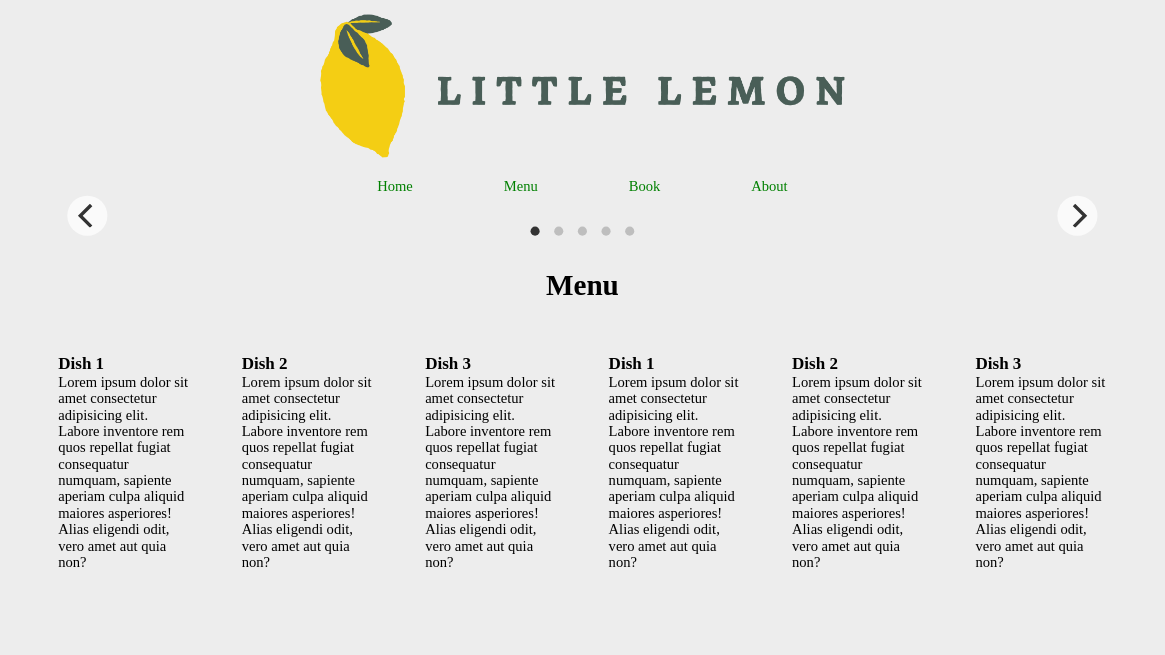
Repository: klone007/littleLemon
Page: index.html
These files come from the project's save history. The page is drawn as it stood at one moment and after a run of saves; the edit follows.
The browser window is 1280 px wide. The pictures show the whole page, at 91% of full size.

Above is the page before, as saved 2022-11-16 22:32:40.

After the next 2 saves:
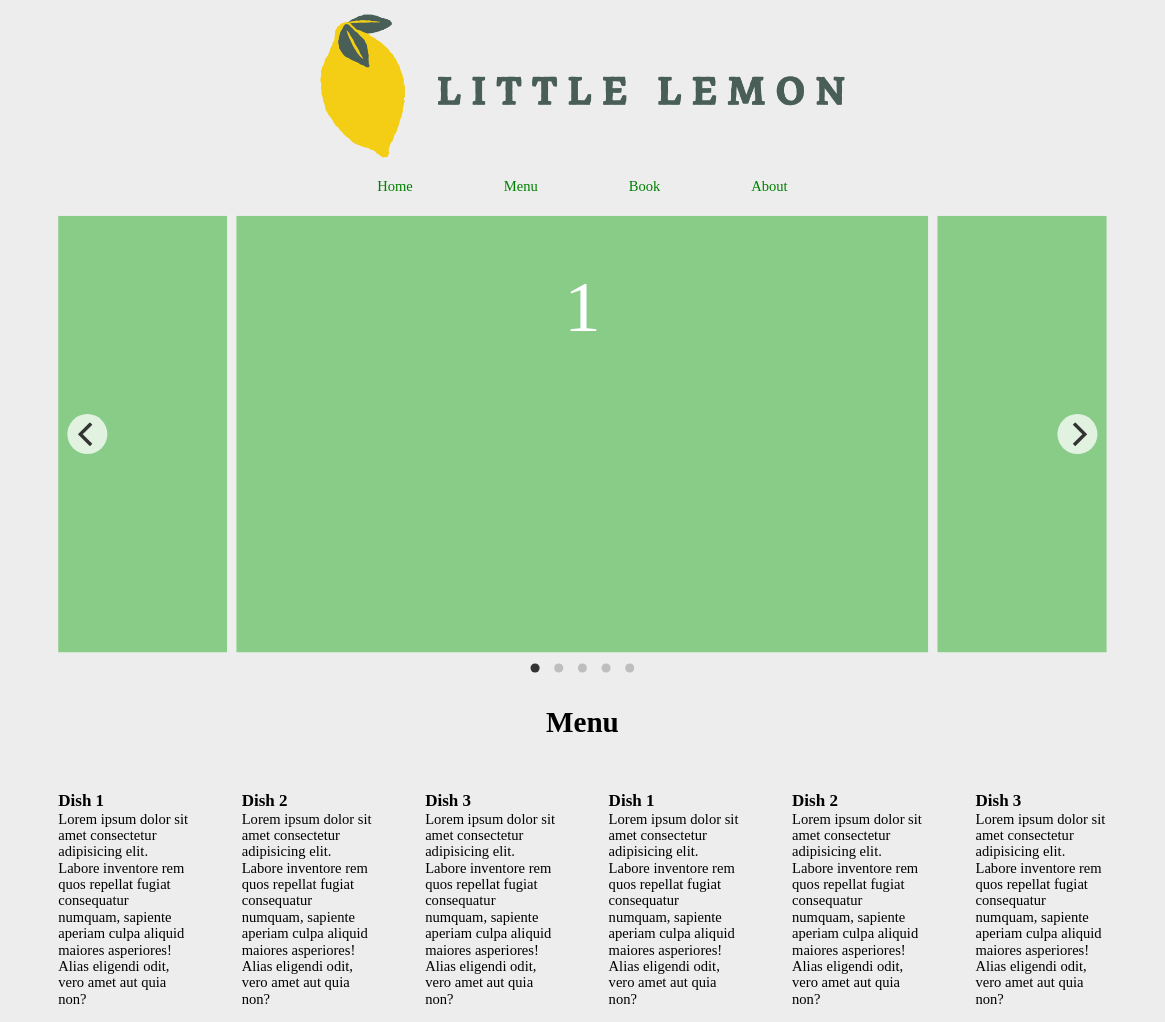
The 2 saves are shown as one change because they came seconds apart.
The last was saved 11 s later.
--- a/styles.css
+++ b/styles.css
@@ -64,7 +64,7 @@
 
   .gallery-cell {
     width: 66%;
-    height: 100%;
+    height: 30rem;
     margin-right: 10px;
     background: #8C8;
     counter-increment: gallery-cell;
